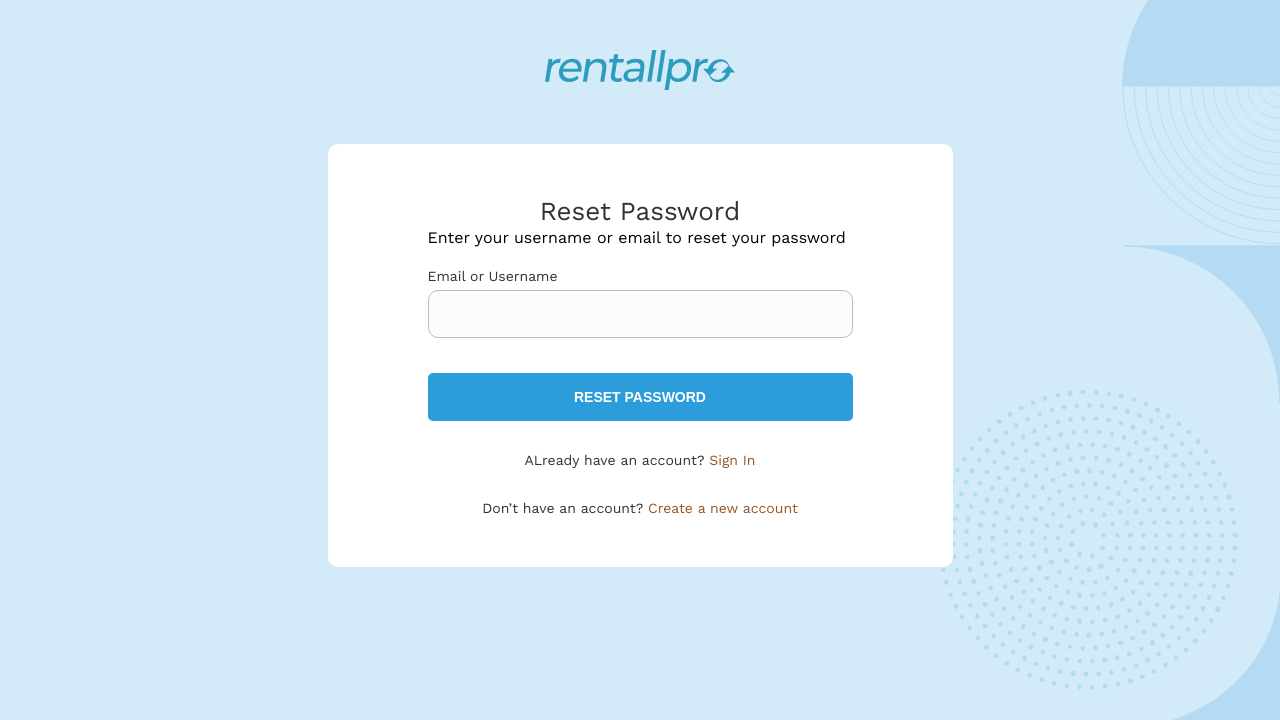
Repository: RentallPro/rentallpro-frontend
Page: /reset-password
An editor plug-in stored every save of this project. The page is shown before and after the next save, followed by the edit.
The browser window is 1280 px wide. The pictures show the whole page.
The project was rebuilt for these pictures with package versions that can differ from the ones it lists, and the page was loaded fresh each time. Also part of the build but not shown: src/views/Auth/Home.vue.

Above is the page before, as saved 2020-12-09 23:57:07.

### public/index.html
<!DOCTYPE html>
<html lang="en">
  <head>
    <meta charset="utf-8">
    <meta http-equiv="X-UA-Compatible" content="IE=edge">
    <meta name="viewport" content="width=device-width,initial-scale=1.0">
    <link rel="icon" href="<%= BASE_URL %>favicon.ico">
    <link href="https://fonts.googleapis.com/css?family=Work+Sans&display=swap" rel="stylesheet">
    <title><%= htmlWebpackPlugin.options.title %></title>
  </head>
  <body>
    <noscript>
      <strong>We're sorry but <%= htmlWebpackPlugin.options.title %> doesn't work properly without JavaScript enabled. Please enable it to continue.</strong>
    </noscript>
    <div id="app"></div>
    <!-- built files will be auto injected -->
  </body>
</html>

### src/App.vue
<template>
  <div id="app">
    <router-view/>
  </div>
</template>

<style lang="scss">
* {
  margin: 0;
  padding: 0;
  box-sizing: border-box;
}
#app {
  font-family: 'Work Sans', sans-serif;
}
button {
  cursor: pointer;
}
</style>

### src/router/index.js
import Vue from 'vue'
import VueRouter from 'vue-router'
import Home from '../views/Auth/Home.vue'

Vue.use(VueRouter)

const routes = [
  {
    path: '/',
    name: 'Home',
    component: Home
  },
  {
    path: '/signup',
    name: 'SignUp',
    // route level code-splitting
    // this generates a separate chunk (about.[hash].js) for this route
    // which is lazy-loaded when the route is visited.
    component: () => import(/* webpackChunkName: "about" */ '../views/Auth/SignUp.vue')
  },
  {
    path: '/reset-password',
    name: 'ResetPassword',
    // route level code-splitting
    // this generates a separate chunk (about.[hash].js) for this route
    // which is lazy-loaded when the route is visited.
    component: () => import(/* webpackChunkName: "about" */ '../views/Auth/ResetPassword.vue')
  }
]

const router = new VueRouter({
  mode: 'history',
  base: process.env.BASE_URL,
  routes
})

export default router

### src/views/Auth/ResetPassword.vue
<template>
  <div class="auth signin">
    <div class="form-container">
      <div class="logo"><img src="@/assets/logo.svg" alt="logo"></div>
      <div class="form-wrapper">
        <h3 class="form-title">Reset Password</h3>
        <p class="small-text">Enter your username or email to reset your password</p>
        <div class="input">
          <label for="Email">Email or Username</label>
          <input type="text">
        </div>
        <button class="login-button button">
          RESET PASSWORD
        </button>
        <p class="option">ALready have an account? <span><router-link :to="{name: 'Home'}">Sign In</router-link></span></p>
        <p class="option">Don’t have an account? <span><router-link :to="{name: 'SignUp'}">Create a new account</router-link></span></p>
      </div>
    </div>
  </div>
</template>

<script>
export default {

}
</script>

<style lang="scss" src="./Home.scss" scoped></style>

### src/views/Auth/Home.scss
.signin {
    height: 100vh;
    padding-top: 50px;
}
.signup {
    padding: 100px 0;
}
.auth {
    background: #D3EAF8;
    background-image: url(../../assets/Patern.svg);
    background-repeat: no-repeat;
    background-position-y: top;
    background-position-x: right;
    width: 100%;
    .form-container {
        max-width: 625px;
        display: block;
        margin: auto;
        .button {
            height: 48px;
            width: 100%;
            border-radius: 5px;
            font-size: 14px;
            line-height: 18px;
        }
        .logo {
            text-align: center;
        }
        .form-wrapper {
            width: 100%;
            padding: 50px 100px;
            background: #FFFFFF;
            border-radius: 10px;
            margin-top: 50px;

            .form-title {
                font-style: normal;
                font-weight: 500;
                font-size: 26px;
                line-height: 34px;
                color: #333333;
                text-align: center;
            }
            .input {
                display: flex;
                flex-direction: column;
                margin-top: 20px;
                label {
                    font-style: normal;
                    font-weight: normal;
                    font-size: 14px;
                    line-height: 18px;
                    color: #333333;
                }
                input {
                    height: 48px;
                    background: #FCFCFC;
                    border: 1px solid #BDBDBD;
                    border-radius: 10px;
                    margin-top: 5px;
                }
                p {
                    text-align: right;
                    a {
                        font-weight: normal;
                        font-size: 14px;
                        line-height: 18px;
                        color: #995620;
                        margin-top: 5px;
                        text-decoration: none;
                    }
                }
            }
            .login-button {
                background: #2D9CDB;
                border: 2px solid #2D9CDB;
                font-style: normal;
                font-weight: bold;
                color: #FFFFFF;
                margin-top: 35px;
            }
            .social-buttons {
                margin-top: 45px;
                .google-button {
                    color: #FF1B1B;
                    border: 2px solid #FF1B1B;
                    font-weight: 500;
                    background-color: #FFFFFF;
                    display: flex;
                    align-items: center;
                    justify-content: center;
                    .flex {
                        display: flex;
                        align-items: center;
                        span {
                            margin-left: 5px;
                        }
                    }
                }
                .facebook-button {
                    color: #475993;
                    border: 2px solid #475993;
                    background-color: #FFFFFF;
                    font-weight: 500;
                    margin-top: 15px;
                    display: flex;
                    align-items: center;
                    justify-content: center;
                    .flex {
                        display: flex;
                        align-items: center;
                        span {
                            margin-left: 5px;
                        }
                    }
                }
            }
            .option {
                font-style: normal;
                font-weight: normal;
                font-size: 14px;
                line-height: 18px;
                color: #333333;
                text-align: center;
                margin-top: 30px;
                a {
                    color: #995620;
                    text-decoration: none;
                }
            }
        }
    }
}
@media screen and (max-width: 768px) {
    .signin {
        height: auto;
    }
    .auth {
        background-image: none;
        background-color: #FFFFFF;
        .form-container {
            padding-top: 75px;
            .logo {
                img {
                    height: 24px;
                }
            }
            .form-wrapper {
                padding: 20px;
            }
        }
    }
}

Loaded but not shown: src/main.js (common file); src/store/index.js (common file)

After the next save:
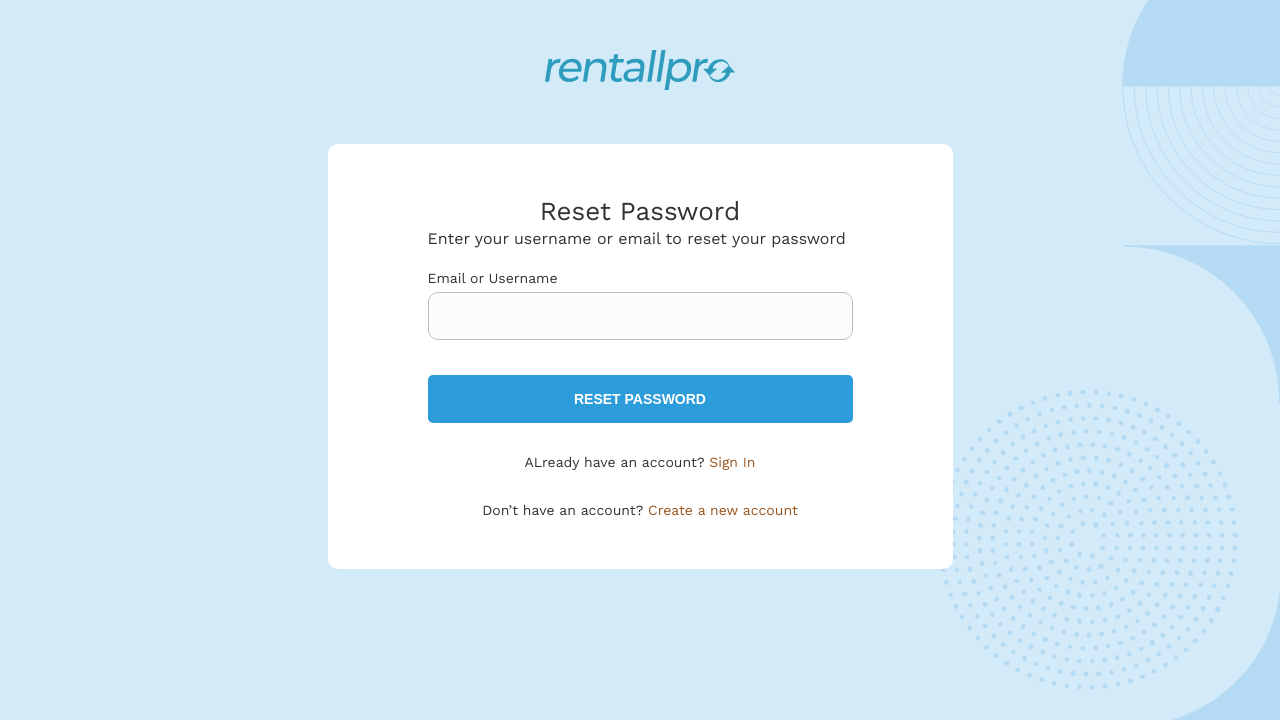
Saved 18 s later.
--- a/src/views/Auth/Home.scss
+++ b/src/views/Auth/Home.scss
@@ -32,7 +32,13 @@
             background: #FFFFFF;
             border-radius: 10px;
             margin-top: 50px;
-
+            .small-text {
+                font-style: normal;
+                font-weight: normal;
+                font-size: 16px;
+                line-height: 21px;
+                color: #333333;
+            }
             .form-title {
                 font-style: normal;
                 font-weight: 500;
